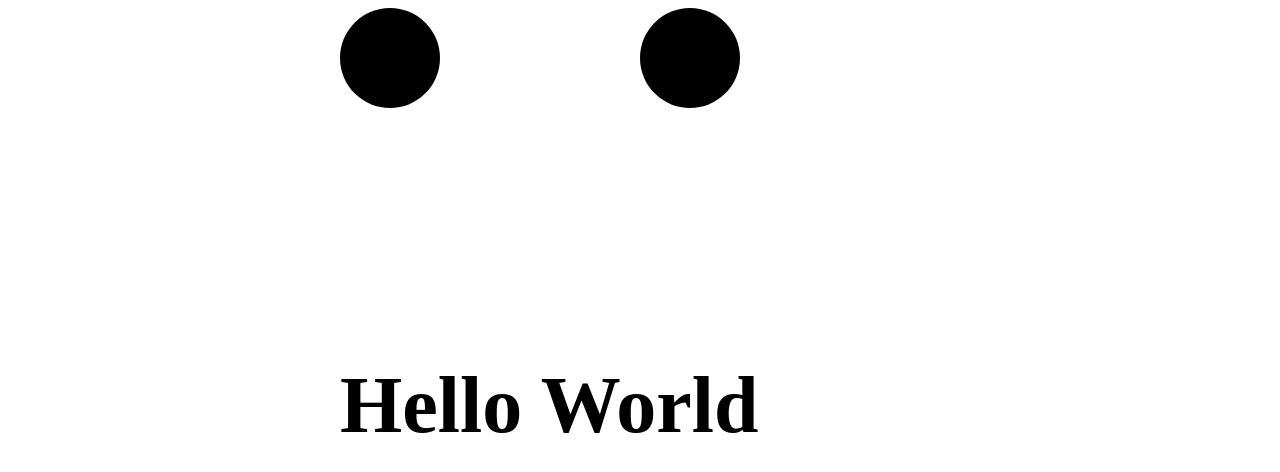
Repository: sarahlochhead/css-demo
Page: index.html
The author's editor kept a copy of each file at every save. The page is drawn from the files as they stood at one save, then again after the next save.
The browser window is 1280 px wide. The pictures show the whole page.

Above is the page before, as saved 2023-04-28 12:10:15.

After the next save:
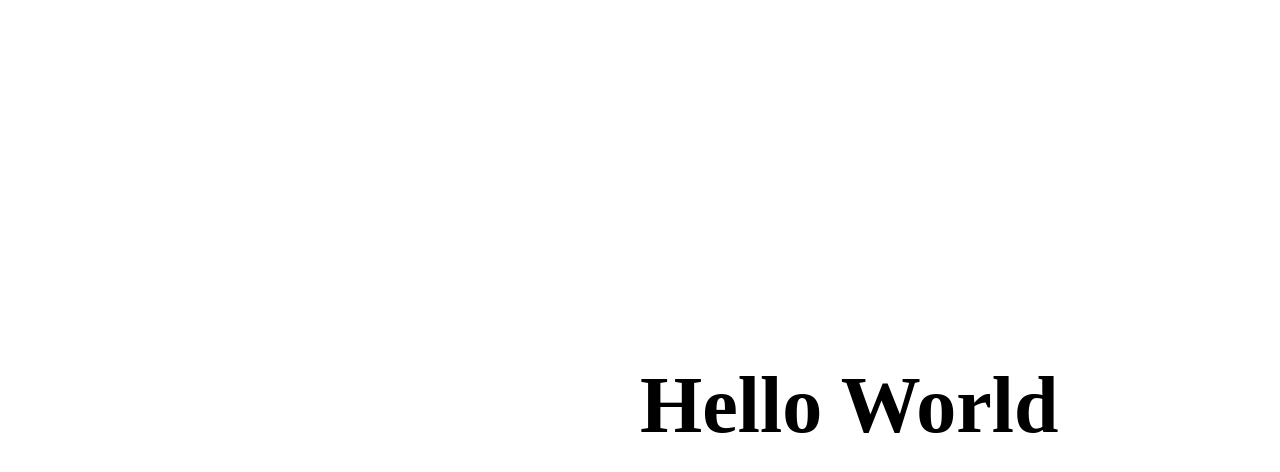
Saved 6 min 43 s later.
--- a/index.html
+++ b/index.html
@@ -11,16 +11,7 @@
     <header>
         <h1>Hello World</h1>
     </header>
-    <svg class="small">
-        <circle cx="50" cy="50" r="50" />
-    </svg>
-    <svg class="small">
-        <circle cx="50" cy="50" r="50" />
-    </svg>
-        <circle cx="50" cy="50" r="50" />
-    </svg>
-        <circle cx="50" cy="50" r="50" />
-    </svg>
+
 
 
 
